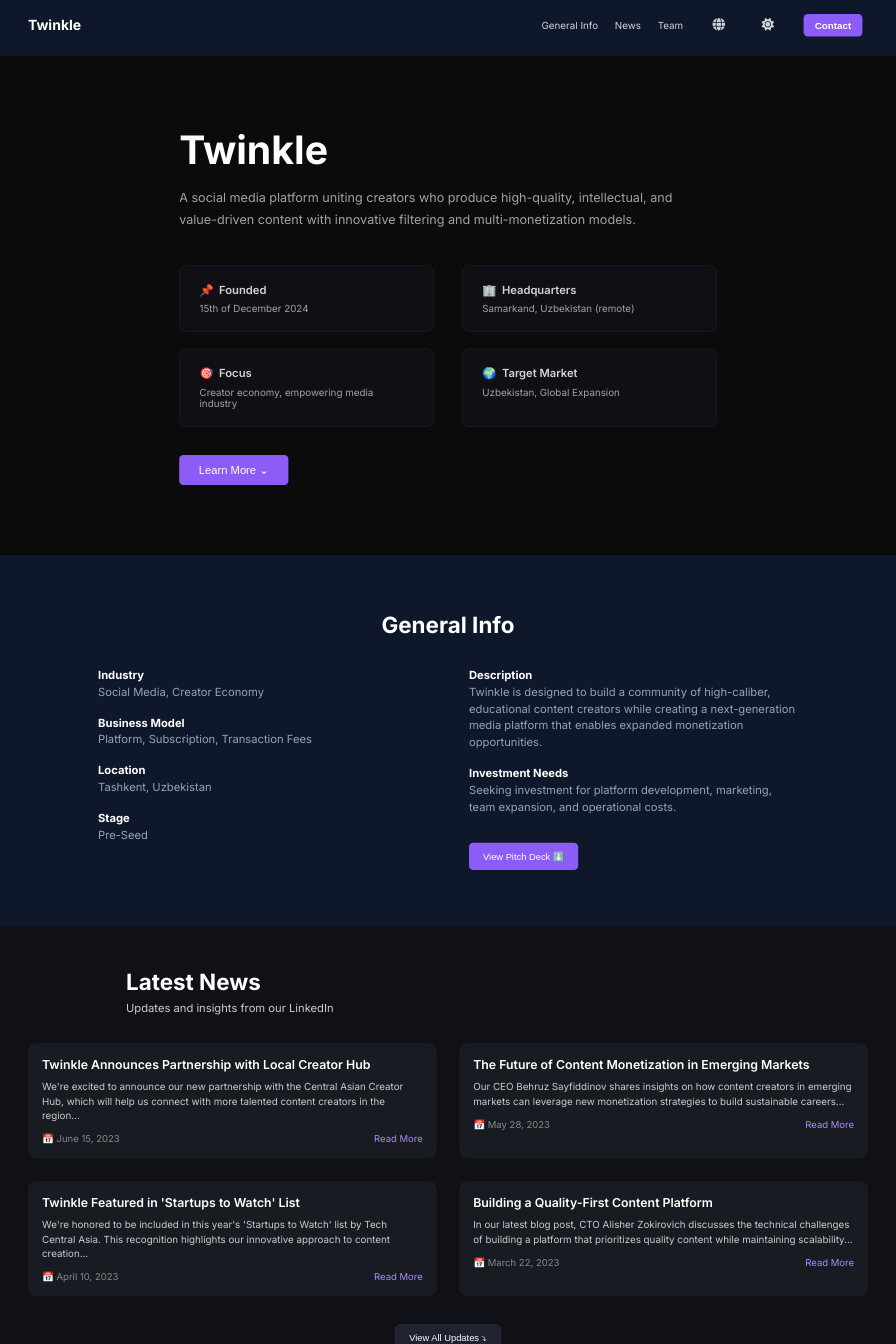
Repository: techboy-33/Twinkle-web
Page: index.html
An editor plug-in stored every save of this project. The page is shown before and after the next save, followed by the edit.
The browser window is 1280 px wide. The pictures show the part of the page from y = 0 to 1920 px (the page is 4225 px tall), at 70% of full size.

Above is the page before, as saved 2025-05-15 10:31:47.

After the next save:
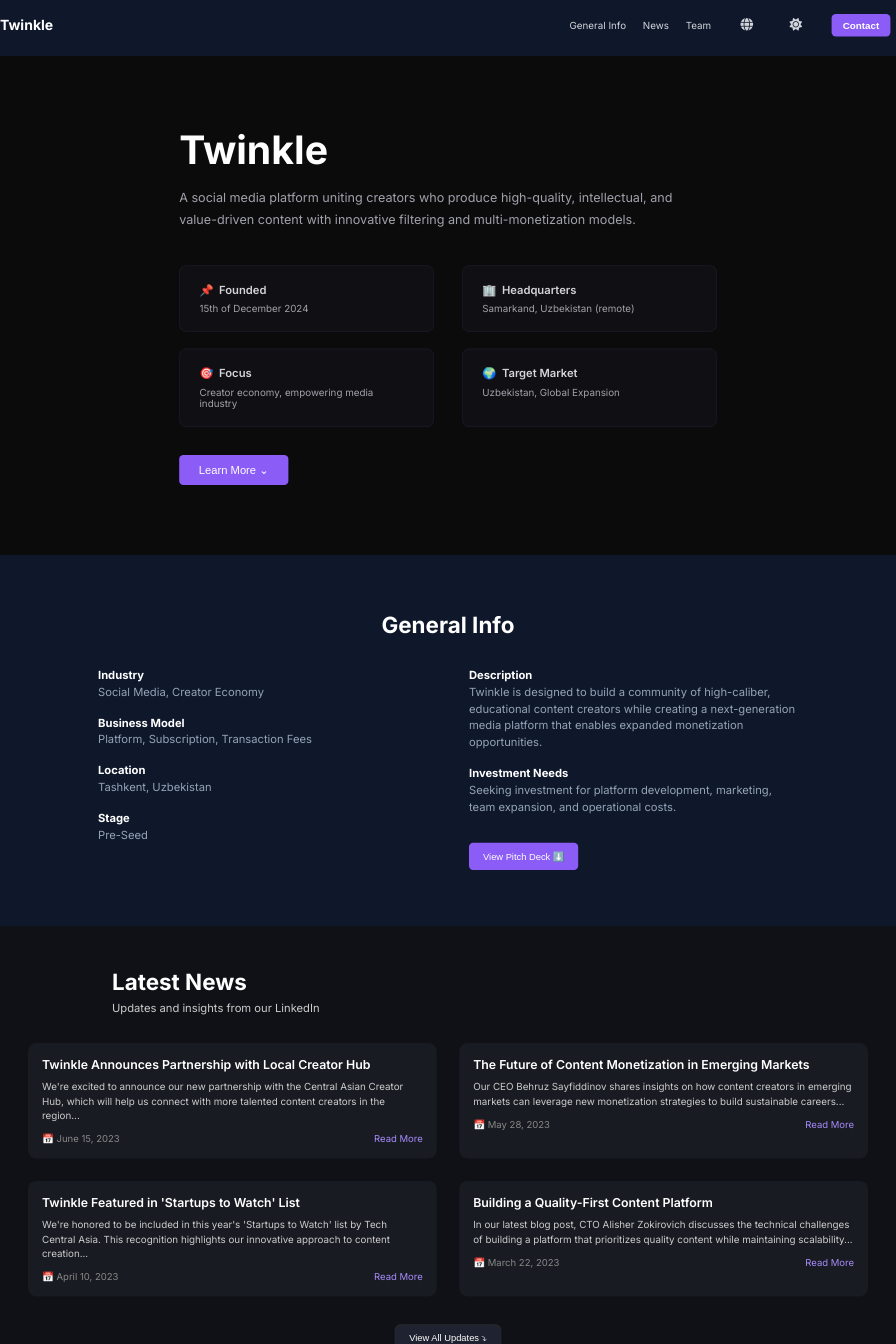
Saved 1 s later.
--- a/styles.css
+++ b/styles.css
@@ -14,11 +14,6 @@
   font-family: 'Inter', sans-serif;
   color: #cbd5e1;
   padding-top: 80px;
-}
-
-.container {
-  max-width: 1200px;
-  margin: 0 auto;
 }
 
 .navbar {
